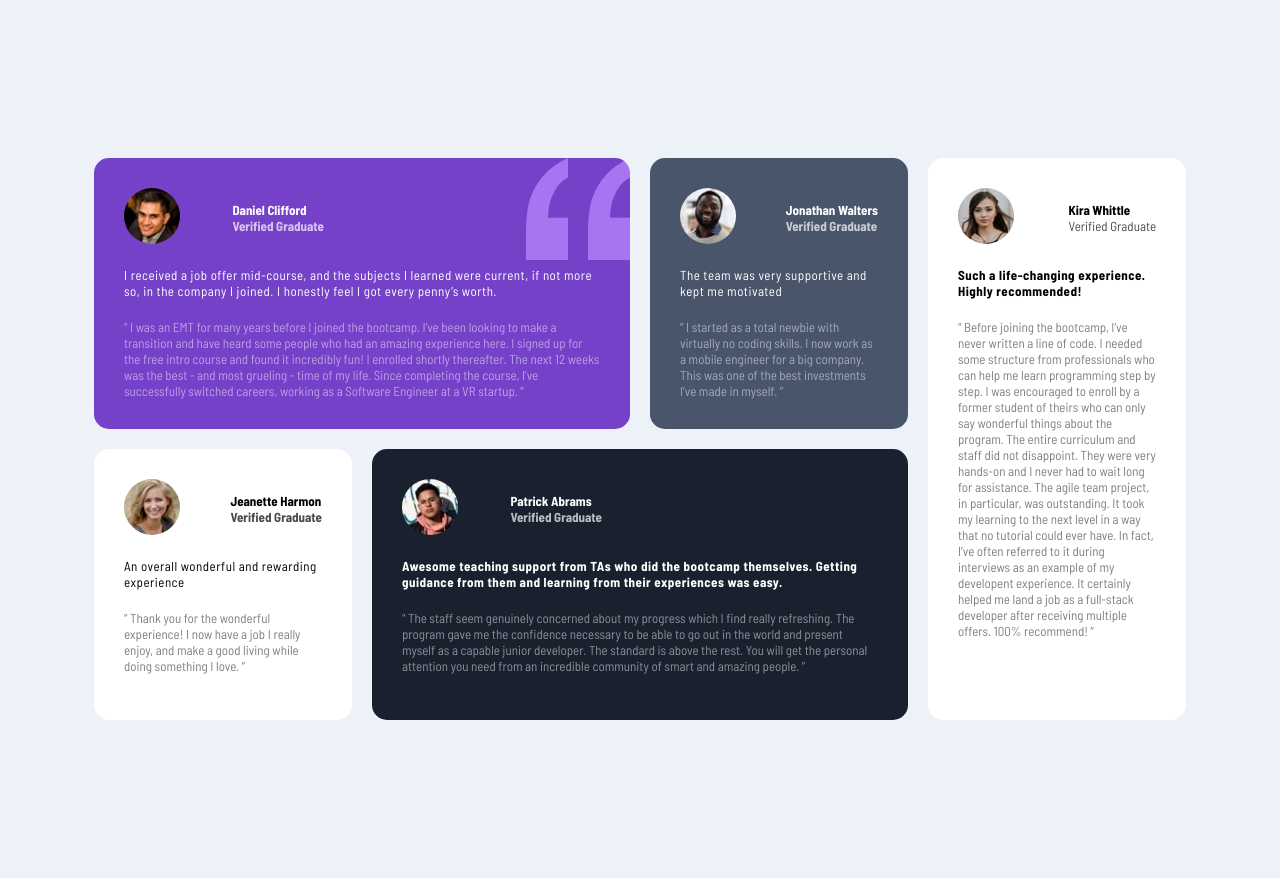
Repository: Toqa-25/testimonials
Page: index.html
These files come from the project's save history. The page is drawn as it stood at one moment and after the next save; the edit follows.
The browser window is 1280 px wide. The pictures show the whole page.

Above is the page before, as saved 2021-11-04 13:31:28.

After the next save:
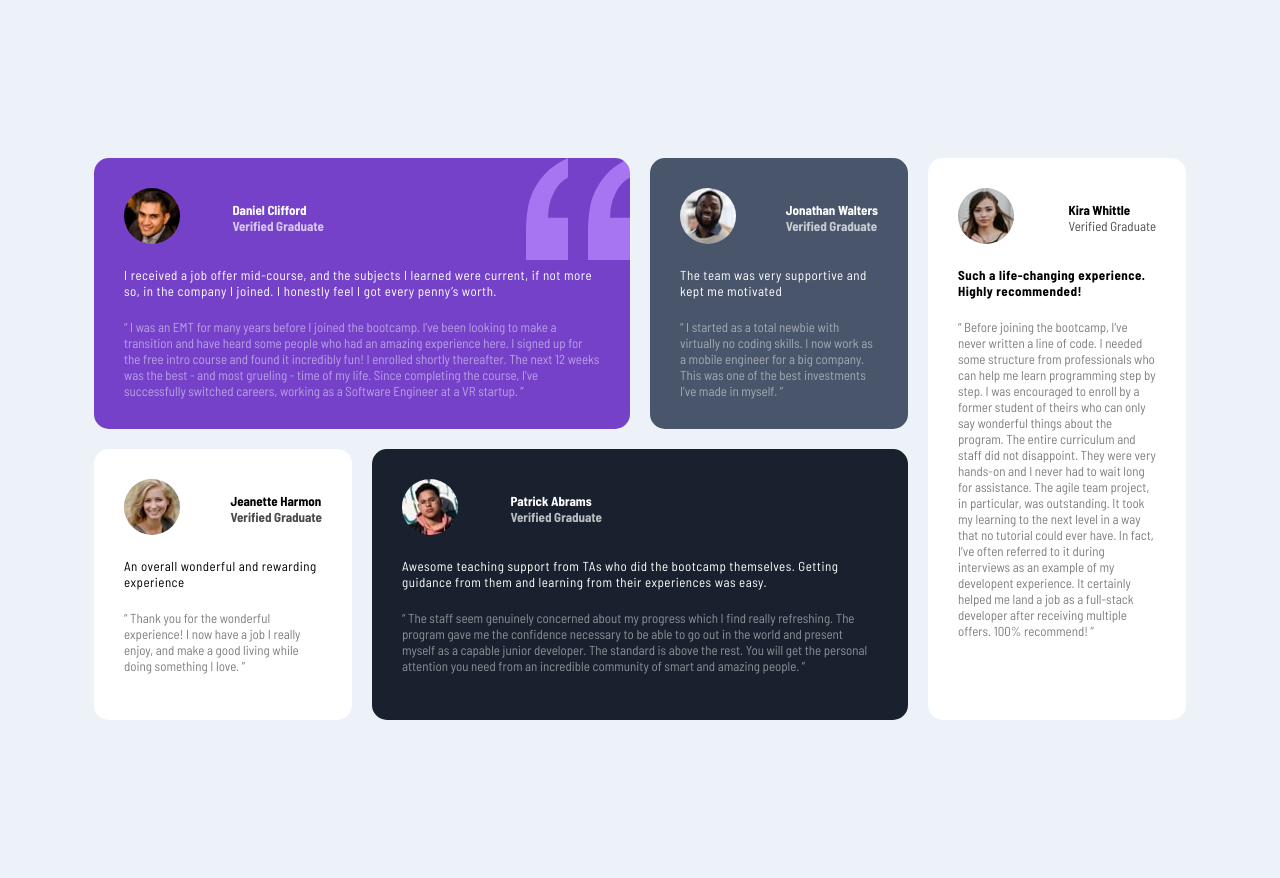
Saved 7 s later.
--- a/index.html
+++ b/index.html
@@ -79,7 +79,7 @@
                     </div>
                 </header>
                 <div class="art-body">
-                    <h4 class="bold-text"> Awesome teaching support from TAs who did the bootcamp themselves. Getting guidance from them and learning from their experiences was easy.</h4>
+                    <p class="bold-text"> Awesome teaching support from TAs who did the bootcamp themselves. Getting guidance from them and learning from their experiences was easy.</h4>
                     <p class="lite-text">“ The staff seem genuinely concerned about my progress which I find really refreshing. The program
                         gave me the confidence necessary to be able to go out in the world and present myself as a capable
                         junior developer. The standard is above the rest. You will get the personal attention you need from
